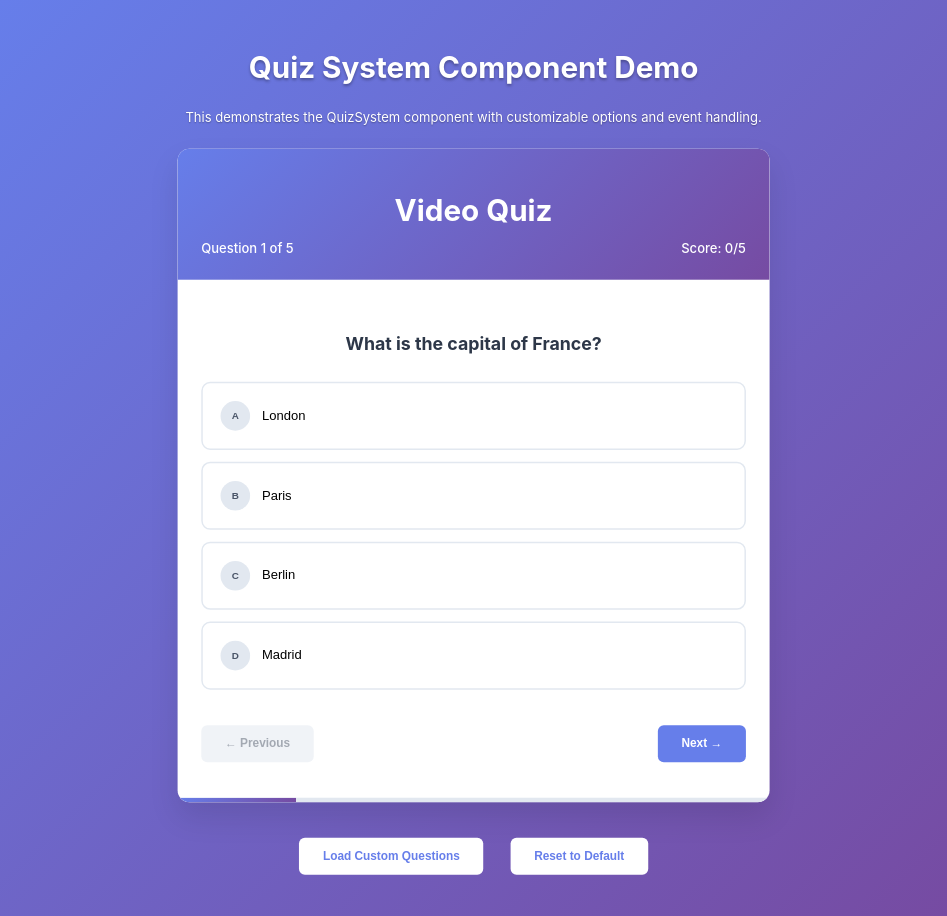
Repository: nc-markovic/video-quiz
Page: components/quiz-system/demo.html
An editor plug-in stored every save of this project. The page is shown before and after the next save, followed by the edit.
The browser window is 1280 px wide. The pictures show the whole page, at 74% of full size.

Above is the page before, as saved 2025-08-30 12:34:58.

### components/quiz-system/demo.html
<!DOCTYPE html>
<html lang="en">
<head>
    <meta charset="UTF-8">
    <meta name="viewport" content="width=device-width, initial-scale=1.0">
    <title>Quiz System Component Demo</title>
    <link rel="stylesheet" href="quiz-system.css">
    <style>
        body {
            font-family: -apple-system, BlinkMacSystemFont, 'Segoe UI', Roboto, sans-serif;
            background: linear-gradient(135deg, #667eea 0%, #764ba2 100%);
            min-height: 100vh;
            color: #333;
        }

        .demo-container {
            text-align: center;
            padding: 2rem;
        }

        .demo-title {
            margin-bottom: 2rem;
            font-size: 2.5rem;
            color: white;
            text-shadow: 0 2px 4px rgba(0,0,0,0.3);
        }

        .demo-description {
            color: white;
            margin-bottom: 2rem;
            font-size: 1.1rem;
            text-shadow: 0 1px 2px rgba(0,0,0,0.3);
        }

        .quiz-wrapper {
            margin-bottom: 2rem;
        }

        .custom-questions-btn {
            background: white;
            color: #667eea;
            border: none;
            padding: 1rem 2rem;
            border-radius: 8px;
            font-size: 1rem;
            font-weight: 600;
            cursor: pointer;
            margin: 1rem;
            transition: all 0.2s ease;
        }

        .custom-questions-btn:hover {
            background: #f7fafc;
            transform: translateY(-1px);
        }
    </style>
</head>
<body>
    <div class="demo-container">
        <h1 class="demo-title">Quiz System Component Demo</h1>
        <p class="demo-description">This demonstrates the QuizSystem component with customizable options and event handling.</p>

        <div class="quiz-wrapper">
            <div id="quizContainer"></div>
        </div>

        <button class="custom-questions-btn" onclick="loadCustomQuestions()">Load Custom Questions</button>
        <button class="custom-questions-btn" onclick="resetToDefault()">Reset to Default</button>
    </div>

    <script type="module">
        import { QuizSystem } from './QuizSystem.js';

        // Initialize the quiz system component
        const quizSystem = new QuizSystem('quizContainer', {
            showResults: true,
            allowRetry: true
        });

        // Example of using the public API
        document.addEventListener('quizCompleted', (e) => {
            console.log('Quiz completed!', e.detail);
        });

        // Make functions globally available for demo buttons
        window.loadCustomQuestions = function() {
            const customQuestions = [
                {
                    question: "What is 2 + 2?",
                    options: ["3", "4", "5", "6"],
                    correctAnswer: 1
                },
                {
                    question: "What color is the sky?",
                    options: ["Red", "Green", "Blue", "Yellow"],
                    correctAnswer: 2
                },
                {
                    question: "How many days are in a week?",
                    options: ["5", "6", "7", "8"],
                    correctAnswer: 2
                }
            ];

            quizSystem.setQuestions(customQuestions);
        };

        window.resetToDefault = function() {
            quizSystem.resetQuiz();
        };
    </script>
</body>
</html>

### components/quiz-system/quiz-system.css
.quiz-container {
    max-width: 800px;
    margin: 2rem auto;
    background: white;
    border-radius: 16px;
    box-shadow: 0 20px 40px rgba(0, 0, 0, 0.1);
    overflow: hidden;
}

.quiz-header {
    background: linear-gradient(135deg, #667eea 0%, #764ba2 100%);
    color: white;
    padding: 2rem;
    text-align: center;
}

.quiz-header h1 {
    font-size: 2.5rem;
    margin-bottom: 1rem;
    font-weight: 700;
}

.quiz-info {
    display: flex;
    justify-content: space-between;
    align-items: center;
    font-size: 1.1rem;
    font-weight: 500;
}

.quiz-main {
    padding: 3rem 2rem;
}

.question-container {
    margin-bottom: 3rem;
}

.question-text {
    font-size: 1.5rem;
    margin-bottom: 2rem;
    color: #2d3748;
    line-height: 1.6;
}

.options-container {
    display: grid;
    gap: 1rem;
}

.option-btn {
    display: flex;
    align-items: center;
    padding: 1.5rem;
    border: 2px solid #e2e8f0;
    border-radius: 12px;
    background: white;
    cursor: pointer;
    transition: all 0.2s ease;
    text-align: left;
}

.option-btn:hover {
    border-color: #667eea;
    background: #f7fafc;
    transform: translateY(-2px);
    box-shadow: 0 8px 25px rgba(102, 126, 234, 0.15);
}

.option-btn.selected {
    border-color: #667eea;
    background: #667eea;
    color: white;
}

.option-btn.correct {
    border-color: #48bb78;
    background: #48bb78;
    color: white;
}

.option-btn.incorrect {
    border-color: #f56565;
    background: #f56565;
    color: white;
}

.option-btn:disabled {
    cursor: not-allowed;
    opacity: 0.7;
}

.option-letter {
    background: #e2e8f0;
    color: #4a5568;
    width: 40px;
    height: 40px;
    border-radius: 50%;
    display: flex;
    align-items: center;
    justify-content: center;
    font-weight: 700;
    margin-right: 1rem;
    transition: all 0.2s ease;
}

.option-btn.selected .option-letter,
.option-btn.correct .option-letter,
.option-btn.incorrect .option-letter {
    background: white;
    color: inherit;
}

.option-text {
    font-size: 1.1rem;
    font-weight: 500;
}

.navigation {
    display: flex;
    justify-content: space-between;
    align-items: center;
    gap: 1rem;
}

.nav-btn {
    padding: 1rem 2rem;
    border: none;
    border-radius: 8px;
    font-size: 1rem;
    font-weight: 600;
    cursor: pointer;
    transition: all 0.2s ease;
}

.prev-btn {
    background: #e2e8f0;
    color: #4a5568;
}

.prev-btn:hover:not(:disabled) {
    background: #cbd5e0;
}

.prev-btn:disabled {
    opacity: 0.5;
    cursor: not-allowed;
}

.next-btn, .finish-btn {
    background: #667eea;
    color: white;
}

.next-btn:hover, .finish-btn:hover {
    background: #5a67d8;
    transform: translateY(-1px);
}

.progress-bar {
    height: 6px;
    background: #e2e8f0;
    overflow: hidden;
}

.progress-fill {
    height: 100%;
    background: linear-gradient(90deg, #667eea, #764ba2);
    width: 0%;
    transition: width 0.3s ease;
}

.results-modal {
    position: fixed;
    top: 0;
    left: 0;
    width: 100%;
    height: 100%;
    background: rgba(0, 0, 0, 0.5);
    display: flex;
    align-items: center;
    justify-content: center;
    z-index: 1000;
}

.modal-content {
    background: white;
    padding: 3rem;
    border-radius: 16px;
    text-align: center;
    max-width: 500px;
    width: 90%;
}

.modal-content h2 {
    color: #2d3748;
    margin-bottom: 2rem;
    font-size: 2rem;
}

.results-summary {
    margin-bottom: 2rem;
}

.final-score, .percentage {
    font-size: 1.2rem;
    margin-bottom: 0.5rem;
    color: #4a5568;
}

.score-value, .percent-value {
    font-weight: 700;
    color: #667eea;
}

.action-buttons {
    display: flex;
    gap: 1rem;
    justify-content: center;
}

.retry-btn, .new-quiz-btn {
    padding: 1rem 2rem;
    border: none;
    border-radius: 8px;
    font-size: 1rem;
    font-weight: 600;
    cursor: pointer;
    transition: all 0.2s ease;
}

.retry-btn {
    background: #48bb78;
    color: white;
}

.retry-btn:hover {
    background: #38a169;
}

.new-quiz-btn {
    background: #667eea;
    color: white;
}

.new-quiz-btn:hover {
    background: #5a67d8;
}

@media (max-width: 768px) {
    .quiz-container {
        margin: 1rem;
        border-radius: 12px;
    }

    .quiz-header {
        padding: 1.5rem;
    }

    .quiz-header h1 {
        font-size: 2rem;
    }

    .quiz-main {
        padding: 2rem 1.5rem;
    }

    .question-text {
        font-size: 1.3rem;
    }

    .option-btn {
        padding: 1.2rem;
    }

    .navigation {
        flex-direction: column;
    }

    .nav-btn {
        width: 100%;
    }
}

Loaded but not shown: components/quiz-system/QuizSystem.js (337 lines, source omitted)

After the next save:
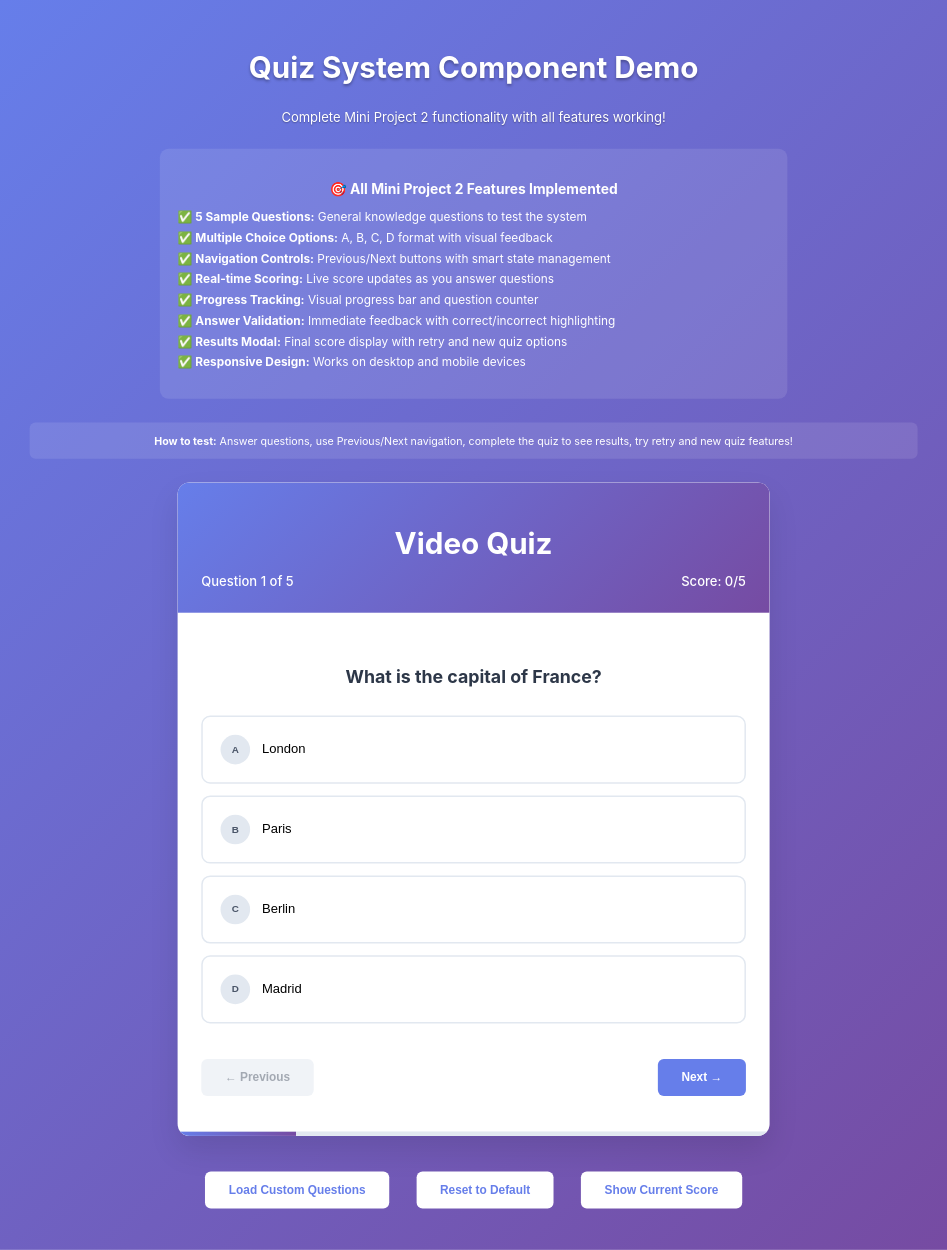
Saved 29 s later.
--- a/components/quiz-system/demo.html
+++ b/components/quiz-system/demo.html
@@ -3,7 +3,7 @@
 <head>
     <meta charset="UTF-8">
     <meta name="viewport" content="width=device-width, initial-scale=1.0">
-    <title>Quiz System Component Demo</title>
+    <title>Quiz System Component Demo - Mini Project 2</title>
     <link rel="stylesheet" href="quiz-system.css">
     <style>
         body {
@@ -32,6 +32,41 @@
             text-shadow: 0 1px 2px rgba(0,0,0,0.3);
         }
 
+        .features-list {
+            background: rgba(255, 255, 255, 0.1);
+            padding: 1.5rem;
+            border-radius: 12px;
+            margin-bottom: 2rem;
+            max-width: 800px;
+            margin-left: auto;
+            margin-right: auto;
+            text-align: left;
+        }
+
+        .features-list h3 {
+            color: white;
+            margin-bottom: 1rem;
+            text-align: center;
+        }
+
+        .features-list ul {
+            color: white;
+            list-style: none;
+            padding: 0;
+        }
+
+        .features-list li {
+            margin: 0.5rem 0;
+            padding-left: 1.5rem;
+            position: relative;
+        }
+
+        .features-list li:before {
+            content: "✅";
+            position: absolute;
+            left: 0;
+        }
+
         .quiz-wrapper {
             margin-bottom: 2rem;
         }
@@ -53,12 +88,39 @@
             background: #f7fafc;
             transform: translateY(-1px);
         }
+
+        .instructions {
+            background: rgba(255, 255, 255, 0.1);
+            padding: 1rem;
+            border-radius: 8px;
+            margin: 1rem 0;
+            color: white;
+            font-size: 0.9rem;
+        }
     </style>
 </head>
 <body>
     <div class="demo-container">
         <h1 class="demo-title">Quiz System Component Demo</h1>
-        <p class="demo-description">This demonstrates the QuizSystem component with customizable options and event handling.</p>
+        <p class="demo-description">Complete Mini Project 2 functionality with all features working!</p>
+
+        <div class="features-list">
+            <h3>🎯 All Mini Project 2 Features Implemented</h3>
+            <ul>
+                <li><strong>5 Sample Questions:</strong> General knowledge questions to test the system</li>
+                <li><strong>Multiple Choice Options:</strong> A, B, C, D format with visual feedback</li>
+                <li><strong>Navigation Controls:</strong> Previous/Next buttons with smart state management</li>
+                <li><strong>Real-time Scoring:</strong> Live score updates as you answer questions</li>
+                <li><strong>Progress Tracking:</strong> Visual progress bar and question counter</li>
+                <li><strong>Answer Validation:</strong> Immediate feedback with correct/incorrect highlighting</li>
+                <li><strong>Results Modal:</strong> Final score display with retry and new quiz options</li>
+                <li><strong>Responsive Design:</strong> Works on desktop and mobile devices</li>
+            </ul>
+        </div>
+
+        <div class="instructions">
+            <strong>How to test:</strong> Answer questions, use Previous/Next navigation, complete the quiz to see results, try retry and new quiz features!
+        </div>
 
         <div class="quiz-wrapper">
             <div id="quizContainer"></div>
@@ -66,6 +128,7 @@
 
         <button class="custom-questions-btn" onclick="loadCustomQuestions()">Load Custom Questions</button>
         <button class="custom-questions-btn" onclick="resetToDefault()">Reset to Default</button>
+        <button class="custom-questions-btn" onclick="showCurrentScore()">Show Current Score</button>
     </div>
 
     <script type="module">
@@ -80,6 +143,7 @@
         // Example of using the public API
         document.addEventListener('quizCompleted', (e) => {
             console.log('Quiz completed!', e.detail);
+            alert(`Quiz completed! Your score: ${e.detail.score}/${e.detail.total} (${Math.round((e.detail.score / e.detail.total) * 100)}%)`);
         });
 
         // Make functions globally available for demo buttons
@@ -108,6 +172,11 @@
         window.resetToDefault = function() {
             quizSystem.resetQuiz();
         };
+
+        window.showCurrentScore = function() {
+            const score = quizSystem.getScore();
+            alert(`Current Score: ${score.score}/${score.total} (${score.percentage}%)`);
+        };
     </script>
 </body>
 </html>
